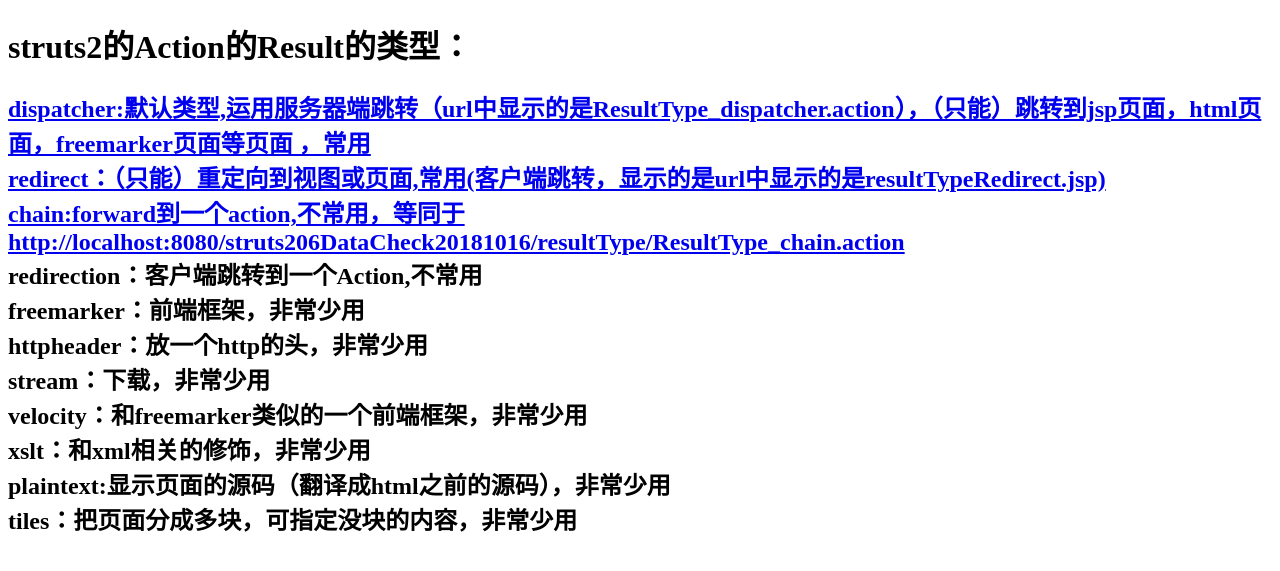
Repository: fupq/fpqStruts2
Page: http://localhost/struts206DataCheck20181016/resultType.jsp
The author's editor kept a copy of each file at every save. The page is drawn from the files as they stood at one save, then again after the next save.
The browser window is 1280 px wide. The pictures show the whole page.
The page is served by Tomcat 9. Nobody is signed in. The application's start-up code is not run.

Above is the page before, as saved 2018-10-22 17:25:28.

After the next save:
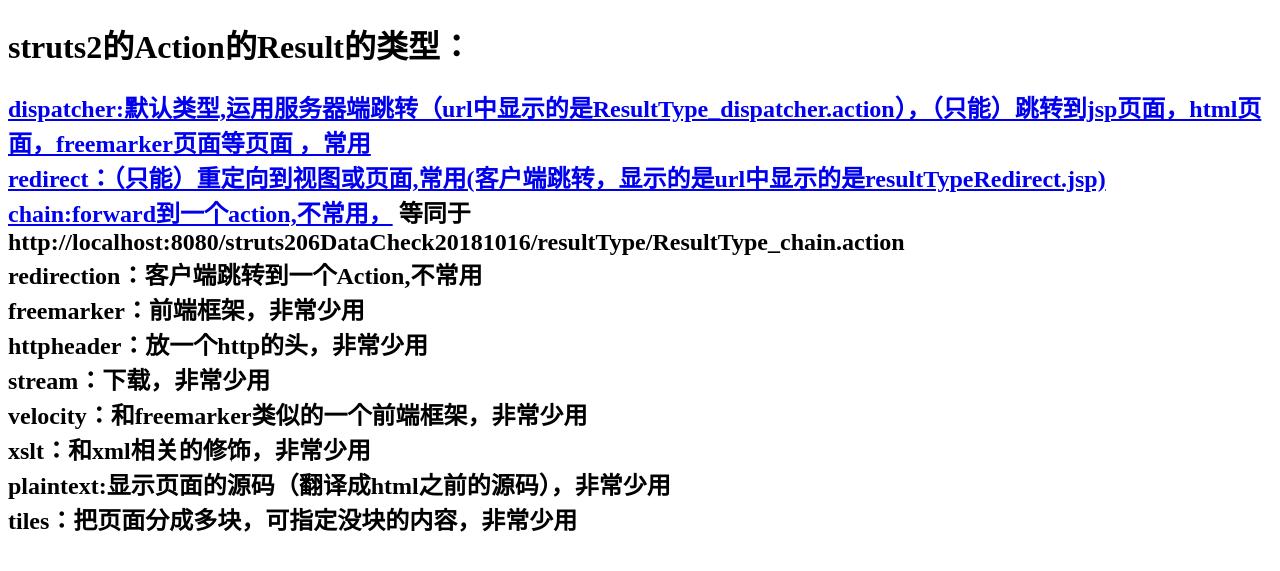
Saved 22 s later.
--- a/struts206DataCheck20181016/WebRoot/resultType.jsp
+++ b/struts206DataCheck20181016/WebRoot/resultType.jsp
@@ -11,7 +11,7 @@
 	<h2>
 		<a href="http://localhost:8080/struts206DataCheck20181016/resultType/ResultType_dispatcher.action">dispatcher:默认类型,运用服务器端跳转（url中显示的是ResultType_dispatcher.action），（只能）跳转到jsp页面，html页面，freemarker页面等页面	，常用</a><br>
 		<a href="http://localhost:8080/struts206DataCheck20181016/resultType/ResultType_redirect.action">redirect：（只能）重定向到视图或页面,常用(客户端跳转，显示的是url中显示的是resultTypeRedirect.jsp)	<br></a>
-		<a href="http://localhost:8080/struts206DataCheck20181016/resultType/ResultType_chain.action">chain:forward到一个action,不常用，等同于http://localhost:8080/struts206DataCheck20181016/resultType/ResultType_chain.action</a> <br>
+		<a href="http://localhost:8080/struts206DataCheck20181016/resultType/ResultType_chain.action">chain:forward到一个action,不常用，</a> 等同于http://localhost:8080/struts206DataCheck20181016/resultType/ResultType_chain.action <br>
 		redirection：客户端跳转到一个Action,不常用<br>
 		freemarker：前端框架，非常少用<br>
 		httpheader：放一个http的头，非常少用<br>
